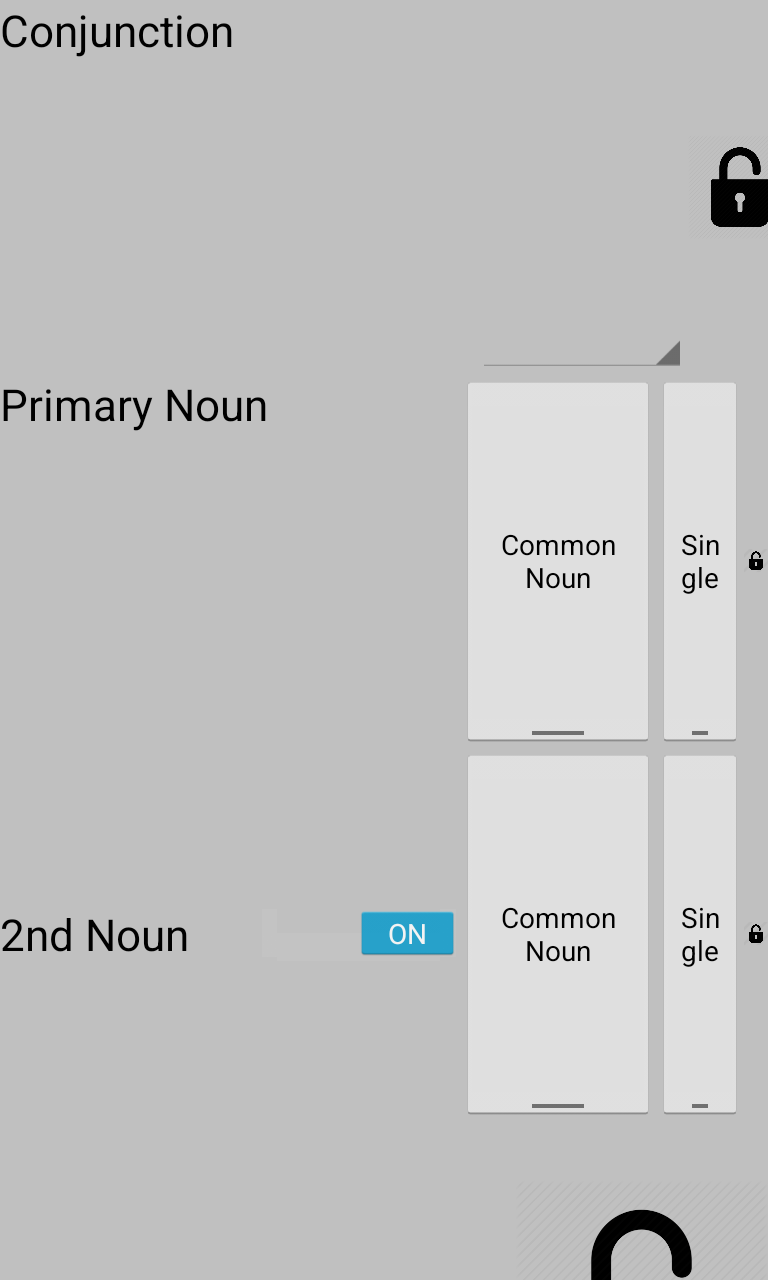
Repository: TheDizzler/TableTopTools
Layout: RPGTools/res/layout/fragment_cause_controls.xml
An editor plug-in stored every save of this project. The layout is shown before and after the next save, followed by the edit.
It is drawn on a 768 x 1280 px phone screen (xhdpi) without system bars, with theme AppTheme; the app's code is not run.

Above is the layout before, as saved 2017-03-22 09:16:45.

### RPGTools/res/layout/fragment_cause_controls.xml
<?xml version="1.0" encoding="utf-8"?>
<TableLayout xmlns:android="http://schemas.android.com/apk/res/android"
    android:layout_width="match_parent"
    android:layout_height="match_parent"
    android:background="#C0C0C0"
    android:measureWithLargestChild="true"
    android:orientation="vertical"
    android:dividerPadding="10dp"
    android:showDividers="beginning"
    android:weightSum="6" >

    <TableRow
        android:id="@+id/tableRow1_cause"
        android:layout_width="match_parent"
        android:layout_height="wrap_content"
        android:showDividers="beginning"
        android:dividerPadding="10dp"
        android:layout_weight="1"
        android:weightSum="4" >

        <TextView
            android:id="@+id/textView1"
            android:layout_height="match_parent"
            android:layout_width="wrap_content"
            android:layout_weight="1"
            android:text="Conjunction"
            android:textAppearance="?android:attr/textAppearanceLarge" />

        <Spinner
            android:id="@+id/spinner_Conjunctions"
            android:layout_width="wrap_content"
            android:layout_height="match_parent"
            android:layout_weight="1" />

        <ImageView
            android:id="@+id/lockBtn_conj"
            android:layout_width="32dp"
            android:layout_height="match_parent"
            android:layout_weight="1"
            android:src="@drawable/unlocked" />
    </TableRow>

    <TableRow
        android:id="@+id/tableRow2"
        android:layout_width="match_parent"
        android:layout_height="wrap_content"
        android:layout_weight="1"
        android:weightSum="2" >

        <Switch
            android:id="@+id/switch_primaryAdjective"
            android:layout_width="wrap_content"
            android:layout_height="match_parent"
            android:layout_weight="1"
            android:checked="true"
            android:text="Adjective"
            android:textAppearance="?android:attr/textAppearanceLarge" />

        <Spinner
            android:id="@+id/spinner1"
            android:layout_width="wrap_content"
            android:layout_height="wrap_content" />

        <ImageView
            android:id="@+id/lockBtn_primaryAdj"
            android:layout_width="32dp"
            android:layout_height="match_parent"
            android:layout_weight="1"
            android:src="@drawable/unlocked" />
    </TableRow>

    <TableRow
        android:id="@+id/tableRow3"
        android:layout_width="match_parent"
        android:layout_height="wrap_content"
        android:layout_weight="1"
        android:weightSum="4" >

        <TextView
            android:id="@+id/textView3"
            android:layout_width="wrap_content"
            android:layout_height="match_parent"
            android:layout_weight="1"
            android:text="Primary Noun"
            android:textAppearance="?android:attr/textAppearanceLarge" />

        <ToggleButton
            android:id="@+id/toggleBtn_primaryNounProper"
            android:layout_width="wrap_content"
            android:layout_height="match_parent"
            android:layout_weight="1"
            android:textOff="Common Noun"
            android:textOn="Proper Noun" />

        <ToggleButton
            android:id="@+id/toggleBtn_primaryNounPlural"
            android:layout_width="wrap_content"
            android:layout_height="match_parent"
            android:layout_weight="1"
            android:textOff="Single"
            android:textOn="Plural" />

        <ImageView
            android:id="@+id/lockBtn_primaryNoun"
            android:layout_width="32dp"
            android:layout_height="match_parent"
            android:layout_weight="1"
            android:src="@drawable/unlocked" />
    </TableRow>

    <TableRow
        android:id="@+id/tableRow4"
        android:layout_width="match_parent"
        android:layout_height="wrap_content"
        android:layout_weight="1"
        android:weightSum="4" >

        <Switch
            android:id="@+id/switch_secondaryNoun"
            android:layout_width="wrap_content"
            android:layout_height="match_parent"
            android:layout_weight="1"
            android:checked="true"
            android:text="2nd Noun"
            android:textAppearance="?android:attr/textAppearanceLarge" />

        <ToggleButton
            android:id="@+id/toggleBtn_secondaryNounProper"
            android:layout_width="wrap_content"
            android:layout_height="match_parent"
            android:layout_weight="1"
            android:textOff="Common Noun"
            android:textOn="Proper Noun" />

        <ToggleButton
            android:id="@+id/toggleBtn_secondaryNounPlural"
            android:layout_width="wrap_content"
            android:layout_height="match_parent"
            android:layout_weight="1"
            android:textOff="Single"
            android:textOn="Plural" />

        <ImageView
            android:id="@+id/lockBtn_secondaryNoun"
            android:layout_width="32dp"
            android:layout_height="match_parent"
            android:layout_weight="1"
            android:src="@drawable/unlocked" />
    </TableRow>

    <TableRow
        android:id="@+id/tableRow5"
        android:layout_width="match_parent"
        android:layout_height="wrap_content"
        android:layout_weight="1"
        android:weightSum="2" >

        <Switch
            android:id="@+id/switch_secondaryAdjective"
            android:layout_width="wrap_content"
            android:layout_height="match_parent"
            android:layout_weight="1"
            android:checked="true"
            android:text="2nd Adjective"
            android:textAppearance="?android:attr/textAppearanceLarge" />

        <ImageView
            android:id="@+id/lockBtn_secondaryAdjective"
            android:layout_width="32dp"
            android:layout_height="match_parent"
            android:layout_weight="1"
            android:src="@drawable/unlocked" />
    </TableRow>

    <TableRow
        android:id="@+id/tableRow6"
        android:layout_width="match_parent"
        android:layout_height="wrap_content"
        android:layout_weight="1"
        android:weightSum="2" >

        <TextView
            android:id="@+id/textView_causeVerb"
            android:layout_width="wrap_content"
            android:layout_height="match_parent"
            android:text="Verb"
            android:textAppearance="?android:attr/textAppearanceLarge" />

        <ImageView
            android:id="@+id/lockBtn_causeVerb"
            android:layout_width="32dp"
            android:layout_height="match_parent"
            android:layout_weight="1"
            android:src="@drawable/unlocked" />
    </TableRow>

</TableLayout>

Loaded but not shown: RPGTools/res/values/styles.xml (common file); RPGTools/res/values-v11/styles.xml (common file); RPGTools/res/values-v14/styles.xml (common file)

After the next save:
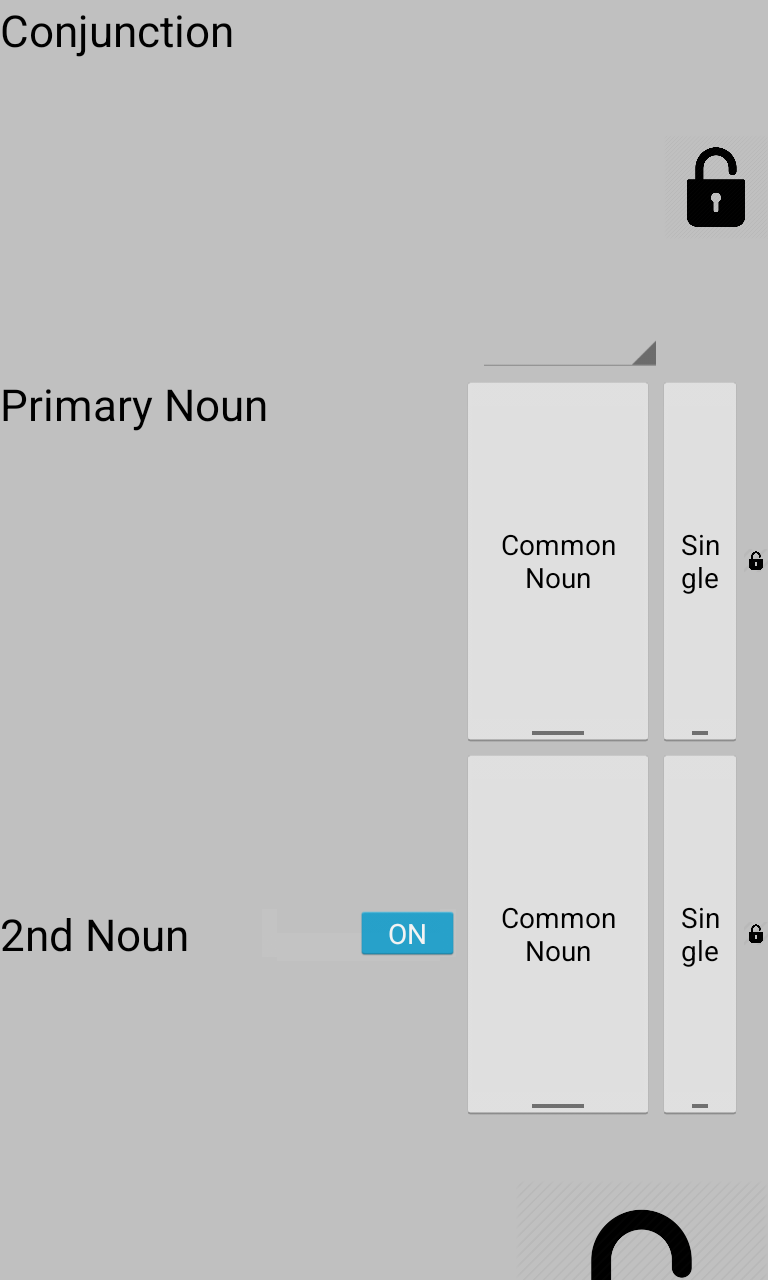
Saved 40 s later.
--- a/RPGTools/res/layout/fragment_cause_controls.xml
+++ b/RPGTools/res/layout/fragment_cause_controls.xml
@@ -30,7 +30,7 @@
             android:id="@+id/spinner_Conjunctions"
             android:layout_width="wrap_content"
             android:layout_height="match_parent"
-            android:layout_weight="1" />
+            android:layout_weight="2" />
 
         <ImageView
             android:id="@+id/lockBtn_conj"
